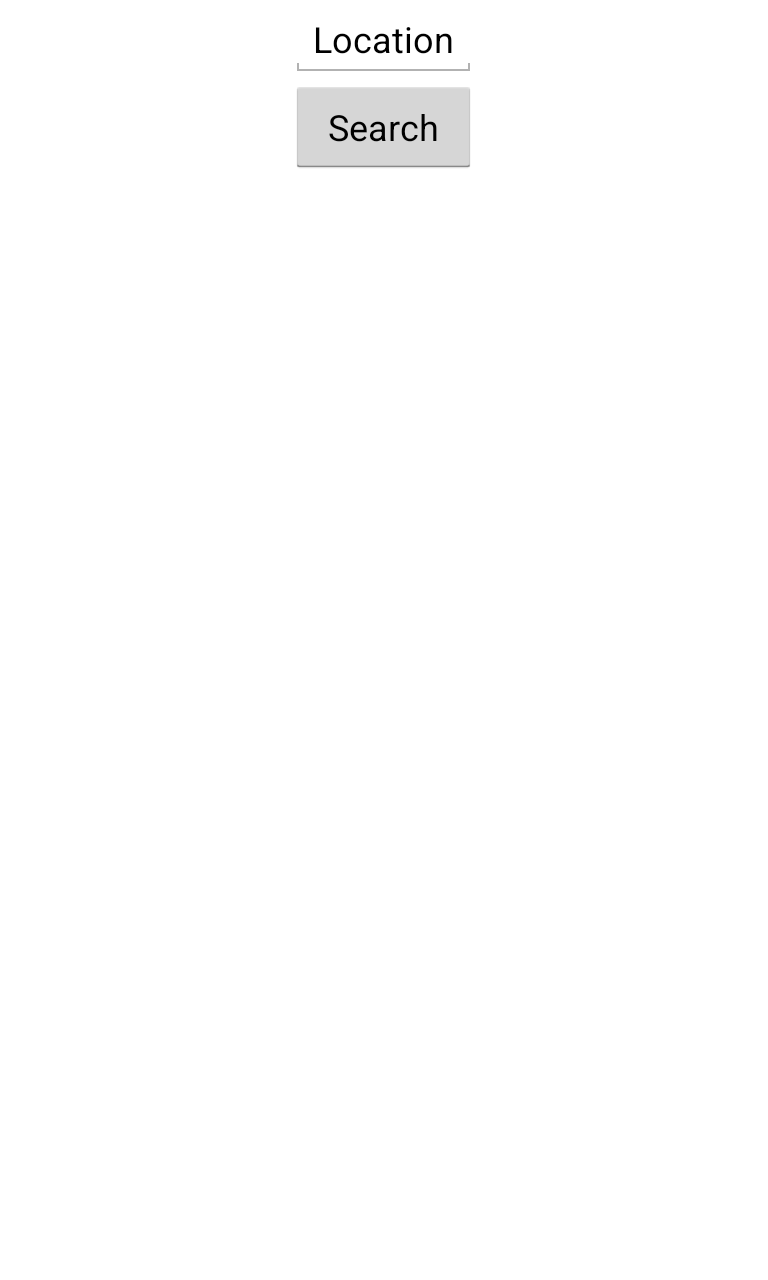
Repository: yc0211/line4U
Layout: line4U/res/layout/activity_main.xml
The author's editor kept a copy of each file at every save. The layout is drawn from the files as they stood at one save, then again after the next save.
It is drawn on a 768 x 1280 px phone screen (xhdpi) without system bars, with theme AppTheme; the app's code is not run.

Above is the layout before, as saved 2013-08-18 15:51:16.

### line4U/res/layout/activity_main.xml
<RelativeLayout xmlns:android="http://schemas.android.com/apk/res/android"
    xmlns:tools="http://schemas.android.com/tools"
    android:layout_width="match_parent"
    android:layout_height="match_parent"
    tools:context=".MainActivity" >

    <EditText
        android:id="@+id/te"
        android:layout_width="wrap_content"
        android:layout_height="wrap_content"
        android:layout_centerHorizontal="true"
        android:inputType="text"
        android:text="@string/te"/>


    <Button
        android:id="@+id/button"
        android:layout_width="wrap_content"
        android:layout_height="wrap_content"
        android:layout_below="@id/te"
        android:layout_alignLeft="@id/te"
        android:layout_alignRight="@id/te"
        android:text="@string/button" />

</RelativeLayout>

### line4U/res/values/strings.xml
<?xml version="1.0" encoding="utf-8"?>
<resources>

    <string name="app_name">Line4U</string>
    <string name="action_settings">Settings</string>
    <string name="te">Location</string>
    <string name="button">Search</string>

</resources>

Loaded but not shown: line4U/res/values/styles.xml (common file); line4U/res/values-v11/styles.xml (common file); line4U/res/values-v14/styles.xml (common file)

After the next save:
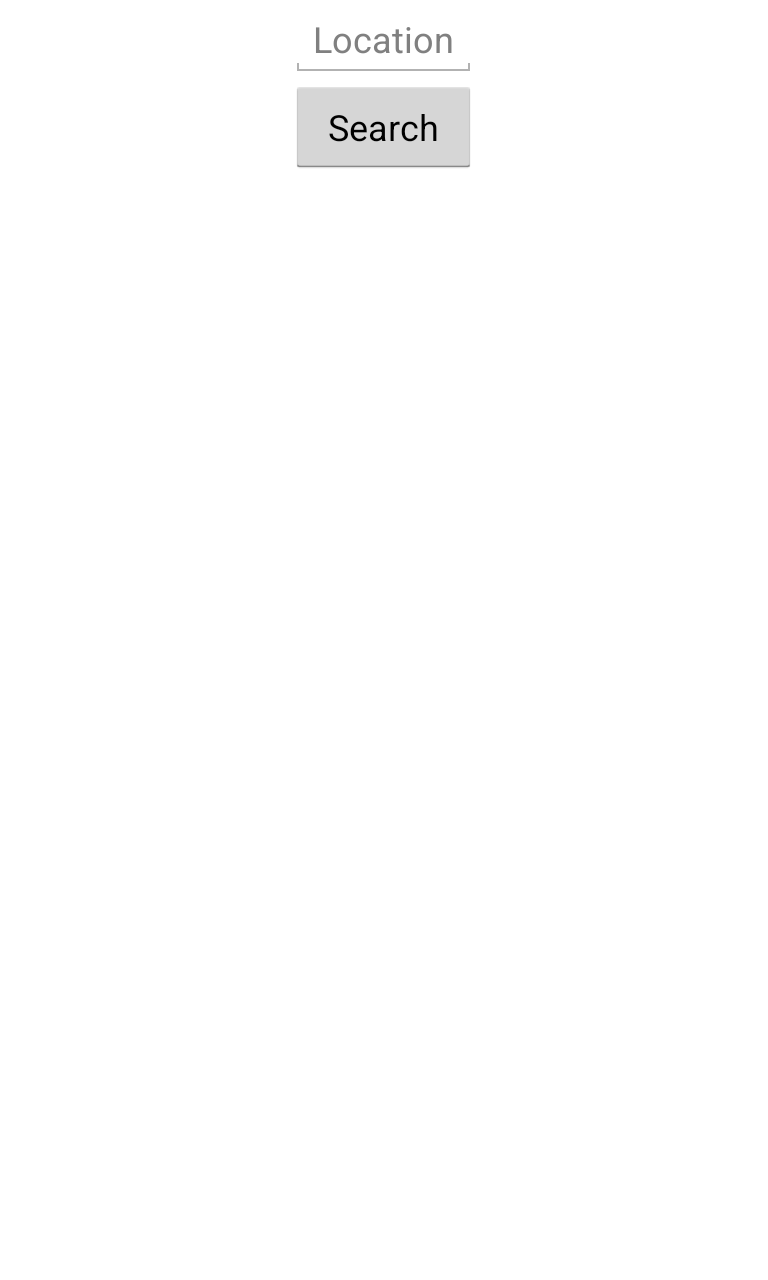
Saved 4 s later.
--- a/line4U/res/layout/activity_main.xml
+++ b/line4U/res/layout/activity_main.xml
@@ -10,7 +10,7 @@
         android:layout_height="wrap_content"
         android:layout_centerHorizontal="true"
         android:inputType="text"
-        android:text="@string/te"/>
+        android:hint="@string/te"/>
 
 
     <Button
